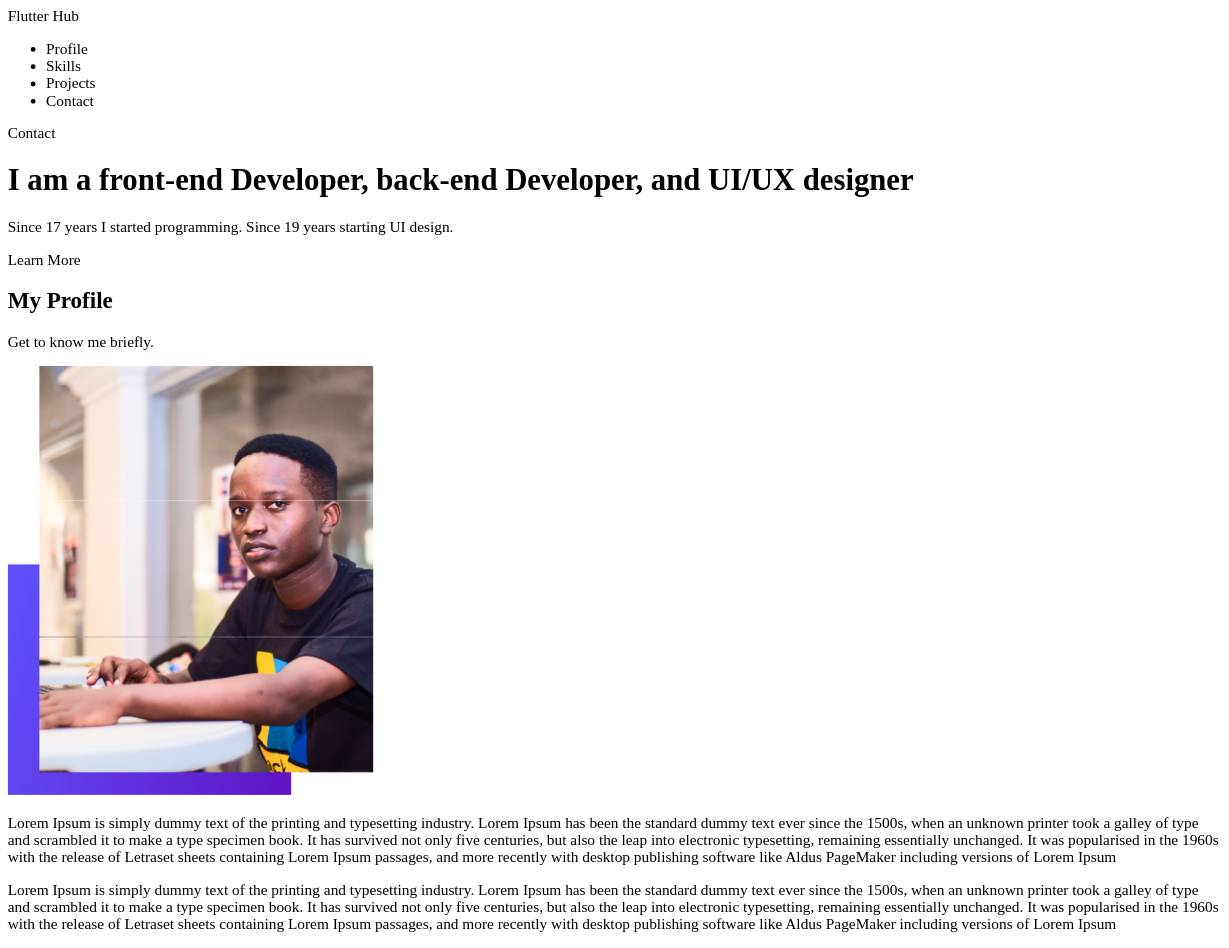
Repository: fhub-1/tutorial
Page: /
An editor plug-in stored every save of this project. The page is shown before and after the next save, followed by the edit.
The browser window is 1280 px wide. The pictures show the whole page, at 96% of full size.
The project was rebuilt for these pictures with package versions that can differ from the ones it lists, and the page was loaded fresh each time. The framework's server and built-in components were replaced by stand-ins that run in the browser. Also part of the build but not shown: next.config.js.

Above is the page before, as saved 2021-06-22 14:35:59.

### pages/_app.js
//adding tailwindcss file
import "tailwindcss/tailwind.css"
import Head from "next/head"


function MyApp({ Component, pageProps }) {
  return (
    //monday adding same files and google fonts
    <>
      <Head>
       <link rel="preconnect" href="https://fonts.gstatic.com" />
       <link href="https://fonts.googleapis.com/css2?family=IBM+Plex+Serif:ital,wght@0,300;0,400;0,500;0,600;0,700;1,300;1,400;1,500;1,600;1,700&display=swap" rel="stylesheet" />
       <link href="https://fonts.googleapis.com/css2?family=IBM+Plex+Serif:ital,wght@0,300;0,400;0,500;0,600;0,700;1,300;1,400;1,500;1,600;1,700&family=Source+Code+Pro:ital,wght@0,400;0,500;0,600;0,700;1,400;1,500;1,600&display=swap" rel="stylesheet"  />
      </Head>
      <Component {...pageProps} />
      </>
  );
}

export default MyApp;

### pages/index.js
import Nav from "../components/Nav"
import Logo from "../components/Logo"
import Button from "../components/Button"
import Image from 'next/image'
import Pro from  '../public/pro.png'


export default function Home() {

  return (
    <>
      {/* starting on the hero section */}
      {/* working on the hero background on the hero section */}
      <div className="bg-hero  h-[700px] bg-repeat-round">
        <div className="container mx-auto">
          <div className="flex  items-center py-10">
            <div className="w-3/12 ">
              {/* bring logo from logo js */}
              <Logo />
            </div>
            <div className="w-6/12">
              {/* create new file nav js copy the code */}
              <Nav />
            </div>
            <div className="w-3/12 text-right">
              <Button variant="outline-b  lue">Contact</Button>
            </div>
            </div>
          <div className="text-center mt-18">
            <h1 className=" text-3xl  text-white font-semibold font-mono w-5/12 mx-auto leading-relaxed">
            I am a front-end Developer, back-end Developer, and  UI/UX designer
            </h1>
            <p className="text-white text-opacity-60 text-lg mt-6 mx-auto w-4/12 leading-relaxed">Since 17 years I started programming. Since 19 years starting UI design.</p>
            <Button variant="yellow" className="mt-10 text-center">Learn More</Button>
          </div>
          </div>
      </div>
      {/* end of the hero */}

      {/* profile section */}
      <section className="py-24">
        <div className="containeter mx-auto">
          <h2 className="text-2xl font-semi font-mono text-center font-bold">My Profile</h2>
          <p className="text-center text-gray-400 text-lg mt-2">Get to know me briefly.</p>
          <div className="flex">
            <div className="w-4/12">
              <Image src={Pro} alt="profile image" className=" w-full right-0"/>
            </div>
            <div className="w-8/12">
              <p className="text-lg">Lorem Ipsum is simply dummy text of the printing and typesetting industry. Lorem Ipsum has been the  standard dummy text ever since the 1500s, when an unknown printer took a galley of type and scrambled it to make a type specimen book. It has survived not only five centuries, but also the leap into electronic typesetting, remaining essentially unchanged. It was popularised in the 1960s with the release of Letraset sheets containing Lorem Ipsum passages, and more recently with desktop publishing software like Aldus PageMaker including versions of Lorem Ipsum</p>
              <p className="text-lg">Lorem Ipsum is simply dummy text of the printing and typesetting industry. Lorem Ipsum has been the  standard dummy text ever since the 1500s, when an unknown printer took a galley of type and scrambled it to make a type specimen book. It has survived not only five centuries, but also the leap into electronic typesetting, remaining essentially unchanged. It was popularised in the 1960s with the release of Letraset sheets containing Lorem Ipsum passages, and more recently with desktop publishing software like Aldus PageMaker including versions of Lorem Ipsum</p>
            </div>
          </div>
        </div>
      </section>
      {/* end of profile section */}
    </>

  )
}

### components/Nav.js
import NavItems from "./NavItems"
export default function Nav() {
    return (
        <ul className="flex  justify-center space-x-10  py-20">
                {/* creating deffernts file form naveitems */}
                <NavItems >Profile</NavItems>
                <NavItems >Skills</NavItems>
                <NavItems >Projects</NavItems>
                <NavItems >Contact </NavItems>
                {/* end of top navbar */}
              </ul>
    )
}

### components/Logo.js
export default function Logo() {
    return (
        <div className="text-white uppercase text-2xl font-semibold tracking-widest">
         Flutter Hub
        </div>
    )
}

### components/Button.js
export default function Button({ className,variant, children }) {
    const addClassName = className ? `${className}` : "";

    const variants = {
        "outline-yellow": `border border-yellow text-yellow-500`,
        "yellow": "bg-yellow-500 text-black"
    };

    const pickedVariant = variants[variant];

    return (
        <a className={`border  text-yellow-100 border-yellow-500  py-3 px-10  text-lg font-semibold rounded-full inline-block ${pickedVariant}${addClassName}`}>
            {children}
        </a>
    );
}

### components/NavItems.js
export default function NavItems({children}) {
    return (
        <li><a className="text-white  text-lg  text-opacity-60  font-semibold">{children}</a></li>

    )
}

After the next save:
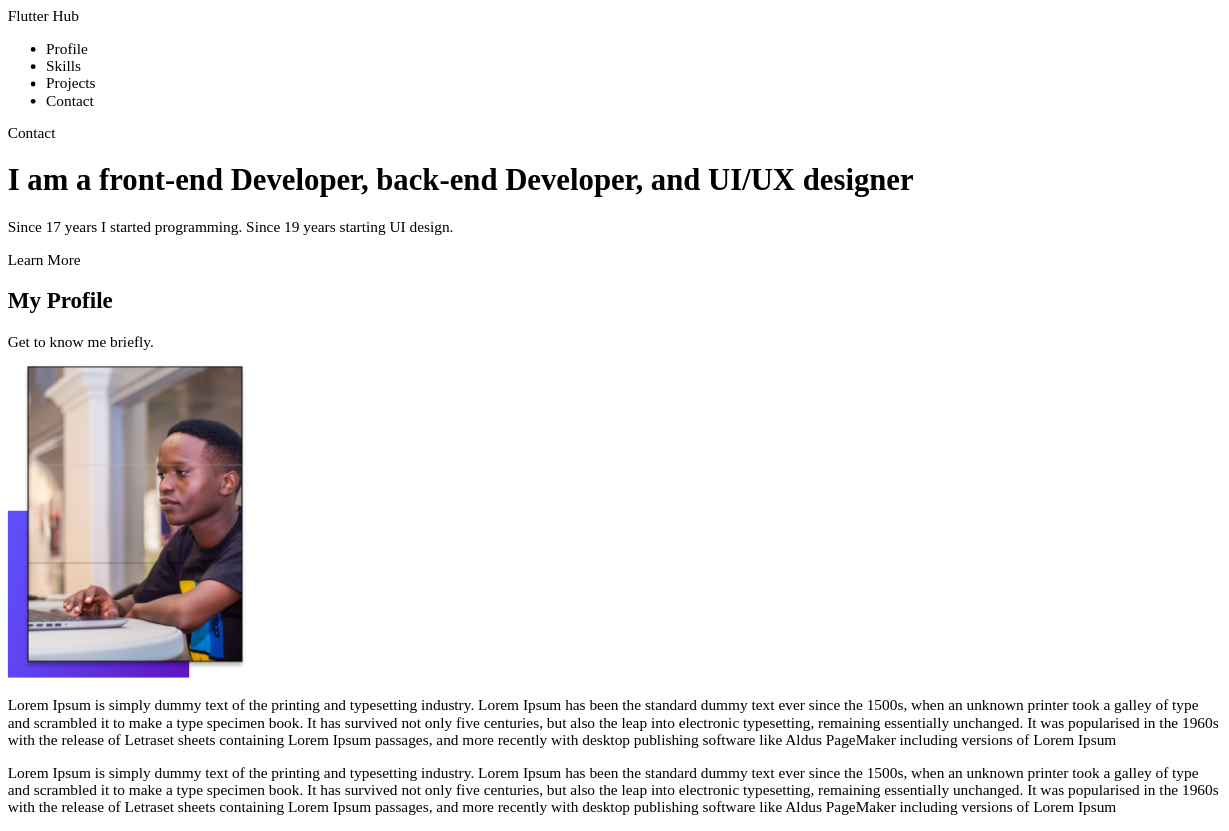
Saved 3 min 11 s later.
--- a/pages/index.js
+++ b/pages/index.js
@@ -2,7 +2,7 @@
 import Logo from "../components/Logo"
 import Button from "../components/Button"
 import Image from 'next/image'
-import Pro from  '../public/pro.png'
+import Pro from  '../public/Pro1.png'
 
 
 export default function Home() {
@@ -44,7 +44,7 @@
           <p className="text-center text-gray-400 text-lg mt-2">Get to know me briefly.</p>
           <div className="flex">
             <div className="w-4/12">
-              <Image src={Pro} alt="profile image" className=" w-full right-0"/>
+              <Image src={Pro} alt="profile image" className=" w-full"/>
             </div>
             <div className="w-8/12">
               <p className="text-lg">Lorem Ipsum is simply dummy text of the printing and typesetting industry. Lorem Ipsum has been the  standard dummy text ever since the 1500s, when an unknown printer took a galley of type and scrambled it to make a type specimen book. It has survived not only five centuries, but also the leap into electronic typesetting, remaining essentially unchanged. It was popularised in the 1960s with the release of Letraset sheets containing Lorem Ipsum passages, and more recently with desktop publishing software like Aldus PageMaker including versions of Lorem Ipsum</p>
